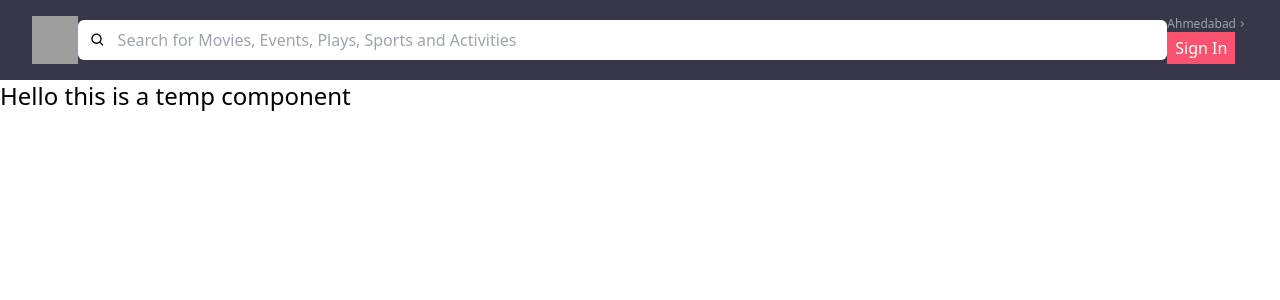
Repository: srush-shah/book-my-show-clone
Page: /
These files come from the project's save history. The page is drawn as it stood at one moment and after the next save; the edit follows.
The browser window is 1280 px wide. The pictures show the whole page.
Pictures or frames that could not be fetched are drawn as grey boxes. The project was rebuilt for these pictures with package versions that can differ from the ones it lists, and the page was loaded fresh each time.

Above is the page before, as saved 2022-11-23 02:27:36.

### src/App.jsx
import DefaultHOC from "./HOC/Default.HOC";
import Temp from "./components/temp";

function App() {
  return (
    <>
      <DefaultHOC path="/" exact element={<Temp />} />
    </>
  );
}

export default App;

### src/HOC/Default.HOC.jsx
import React from "react";
import { Route, Routes } from "react-router-dom";
import DefaultLayout from "../layouts/Default.layout";

const DefaultHOC = ({ element: Element, ...rest }) => {
  return (
    <>
      <Routes>
        <Route {...rest} exact element={<DefaultLayout element={Element} />} />
      </Routes>
    </>
  );
};

export default DefaultHOC;

### src/components/temp.jsx
import React from "react";

function Temp() {
  return (
    <>
      <h1 className="text-2xl">Hello this is a temp component</h1>
    </>
  );
}

export default Temp;

### src/layouts/Default.layout.jsx
import React from "react";

//Components
import Navbar from "../components/Navbar/navbar.component";

const DefaultLayout = ({ element: Element, ...props }) => {
  return (
    <>
      <Navbar />
      {Element}
    </>
  );
};

export default DefaultLayout;

### src/components/Navbar/navbar.component.jsx
import React from "react";
import { BiChevronRight, BiSearch } from "react-icons/bi";

const NavSm = () => {
  return (
    <>
      <div className="text-white flex items-center justify-between">
        <div>
          <h3 className="text-xl font-bold">It All Starts Here!</h3>
          <span className="text-gray-400 text-xs flex items-center">
            Ahmedabad <BiChevronRight />
          </span>
        </div>
        <div className="w-8 h-8">
          <BiSearch className="w-full h-full" />
        </div>
      </div>
    </>
  );
};
const NavMd = () => {
  return (
    <div className="w-full flex items-center gap-3 bg-white py-2 px-3 rounded-md">
      <BiSearch />
      <input
        type="search"
        className="w-full bg-transparent border-none focus:outline-none"
        placeholder="Search for Movies, Events, Plays, Sports and Activities"
      />
    </div>
  );
};
const NavLg = () => {
  return (
    <>
      <div className="container mx-auto px-4 flex items-center">
        <div className="flex items-center w-full">
          <div className="w-12 h-12">
            <img
              src="https://i.ibb.co/zPBYW3H/imgbin-bookmyshow-office-android-ticket-png.png"
              alt="logo"
              className="w-full h-full"
            />
          </div>
          <div className="w-full flex items-center gap-3 bg-white py-2 px-3 rounded-md">
            <BiSearch />
            <input
              type="search"
              className="w-full bg-transparent border-none focus:outline-none"
              placeholder="Search for Movies, Events, Plays, Sports and Activities"
            />
          </div>
        </div>
        <div>
          <span className="text-gray-400 text-xs flex items-center">
            Ahmedabad <BiChevronRight />
          </span>
          <button className="bg-bmsRed-300 text-white px-2 py-1">
            Sign In
          </button>
        </div>
      </div>
    </>
  );
};

const Navbar = () => {
  return (
    <>
      <nav className="bg-bms-700 p-4">
        <div className="md:hidden">
          <NavSm />
        </div>
        <div className="hidden md:flex lg:hidden">
          <NavMd />
        </div>
        <div className="hidden lg:flex">
          <NavLg />
        </div>
      </nav>
    </>
  );
};

export default Navbar;

### tailwind.config.js
/** @type {import('tailwindcss').Config} */
module.exports = {
  content: ["./src/**/*.{html,js,jsx}"],
  theme: {
    extend: {
      colors: {
        bms: {
          50: "#edf1fc",
          100: "#d3d4e1",
          200: "#b6b8c9",
          300: "#989bb2",
          400: "#7c7f9b",
          500: "#636582",
          600: "#4c4f66",
          700: "#363849",
          800: "#21222e",
          900: "#0a0a16",
        },
        bmsRed: {
          50: "#ffe3eb",
          100: "#ffb3c2",
          200: "#fb8399",
          300: "#f95370",
          400: "#f62448",
          500: "#dc0d2f",
          600: "#ac0624",
          700: "#7c031a",
          800: "#4c000e",
          900: "#1f0003",
        },
      },
    },
  },
  plugins: [],
};

Loaded but not shown: public/index.html (common file); src/index.jsx (common file); src/index.css (common file)

After the next save:
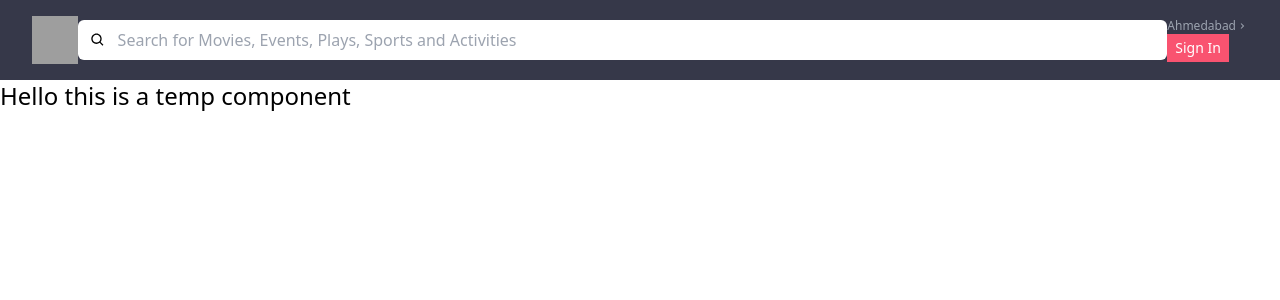
Saved 15 s later.
--- a/src/components/Navbar/navbar.component.jsx
+++ b/src/components/Navbar/navbar.component.jsx
@@ -55,7 +55,7 @@ const NavLg = () => {
           <span className="text-gray-400 text-xs flex items-center">
             Ahmedabad <BiChevronRight />
           </span>
-          <button className="bg-bmsRed-300 text-white px-2 py-1">
+          <button className="bg-bmsRed-300 text-white px-2 py-1 text-sm">
             Sign In
           </button>
         </div>
